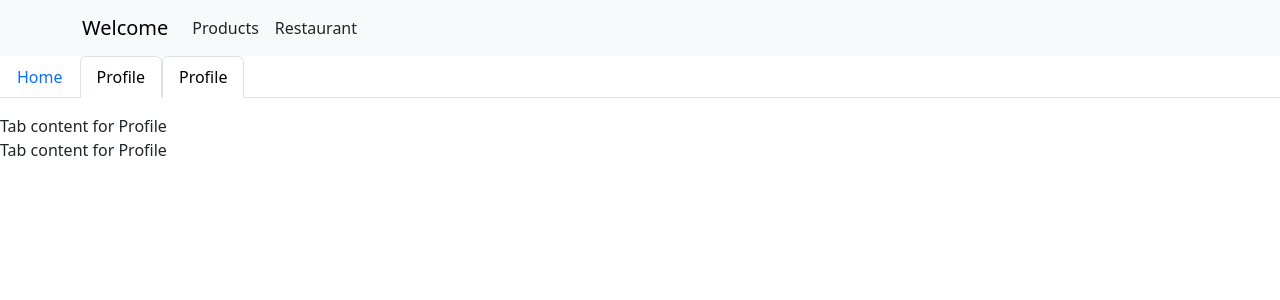
Repository: HadelAbdellatif/ReactApp2
Page: /restaurant
An editor plug-in stored every save of this project. The page is shown before and after a run of saves, followed by the edit.
The browser window is 1280 px wide. The pictures show the whole page.
The project was rebuilt for these pictures with package versions that can differ from the ones it lists, and the page was loaded fresh each time. Also part of the build but not shown: vite.config.js, src/components/products/Products.jsx, src/App.css, src/index.css.

Above is the page before, as saved 2023-11-03 21:37:01.

After the next 3 saves:
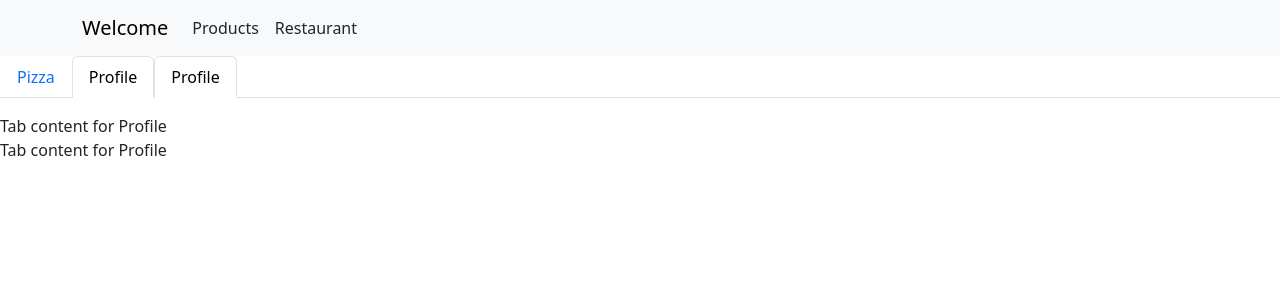
The 3 saves are shown as one change because they came seconds apart.
The last was saved 19 s later.
--- a/src/components/restaurant/Restaurant.jsx
+++ b/src/components/restaurant/Restaurant.jsx
@@ -8,8 +8,8 @@ function UncontrolledExample() {
       id="uncontrolled-tab-example"
       className="mb-3"
     >
-      <Tab eventKey="home" title="Home">
-        Tab content for Home
+      <Tab eventKey="Pizza" title="Pizza">
+        Tab content for Pizza
       </Tab>
       <Tab eventKey="profile" title="Profile">
         Tab content for Profile
